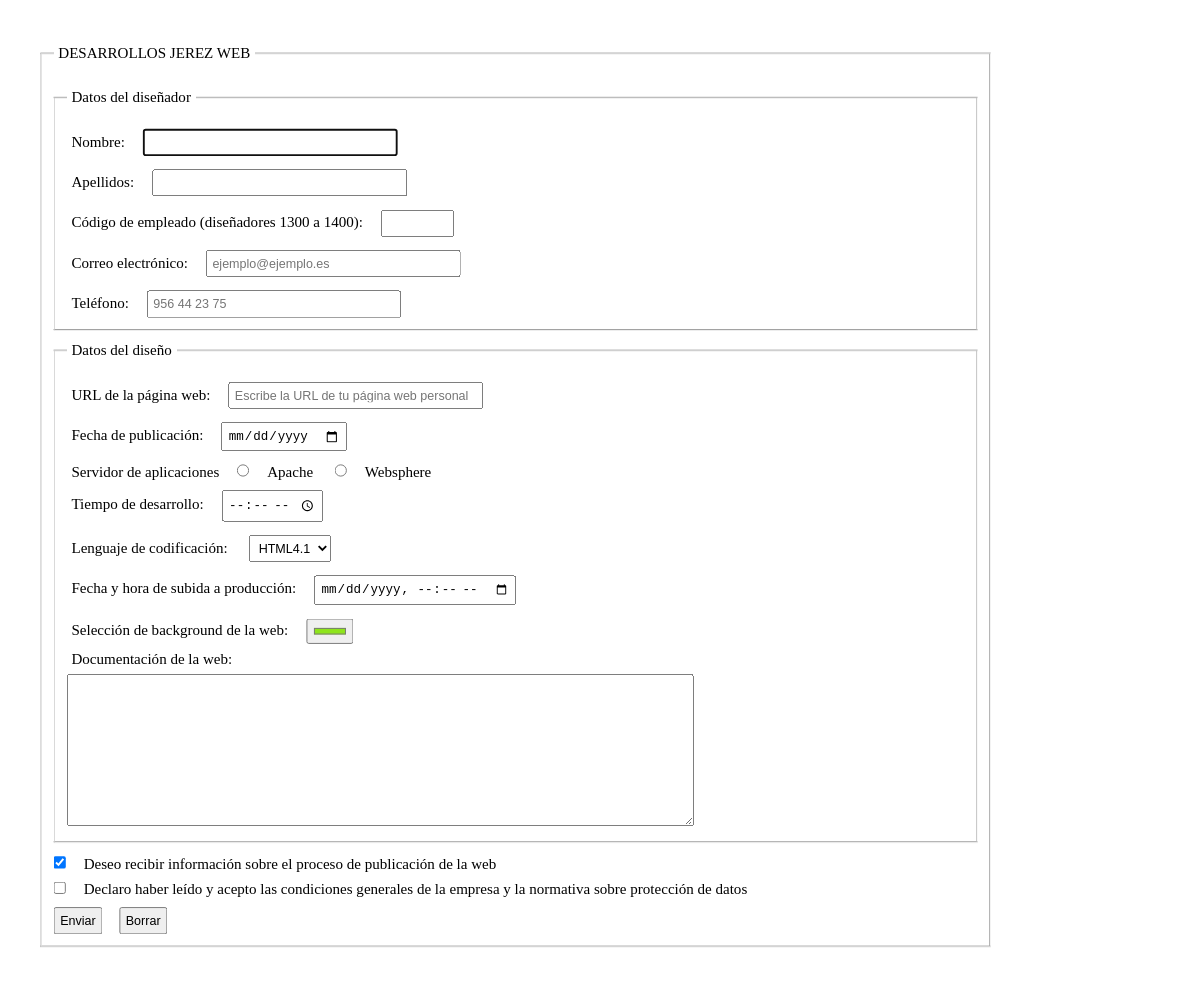
Repository: iSaan86/EV_Practica_FormularioCSS
Page: index.html
The author's editor kept a copy of each file at every save. The page is drawn from the files as they stood at one save, then again after the next save.
The browser window is 1280 px wide. The pictures show the whole page, at 94% of full size.

Above is the page before, as saved 2024-01-11 17:40:16.

After the next save:
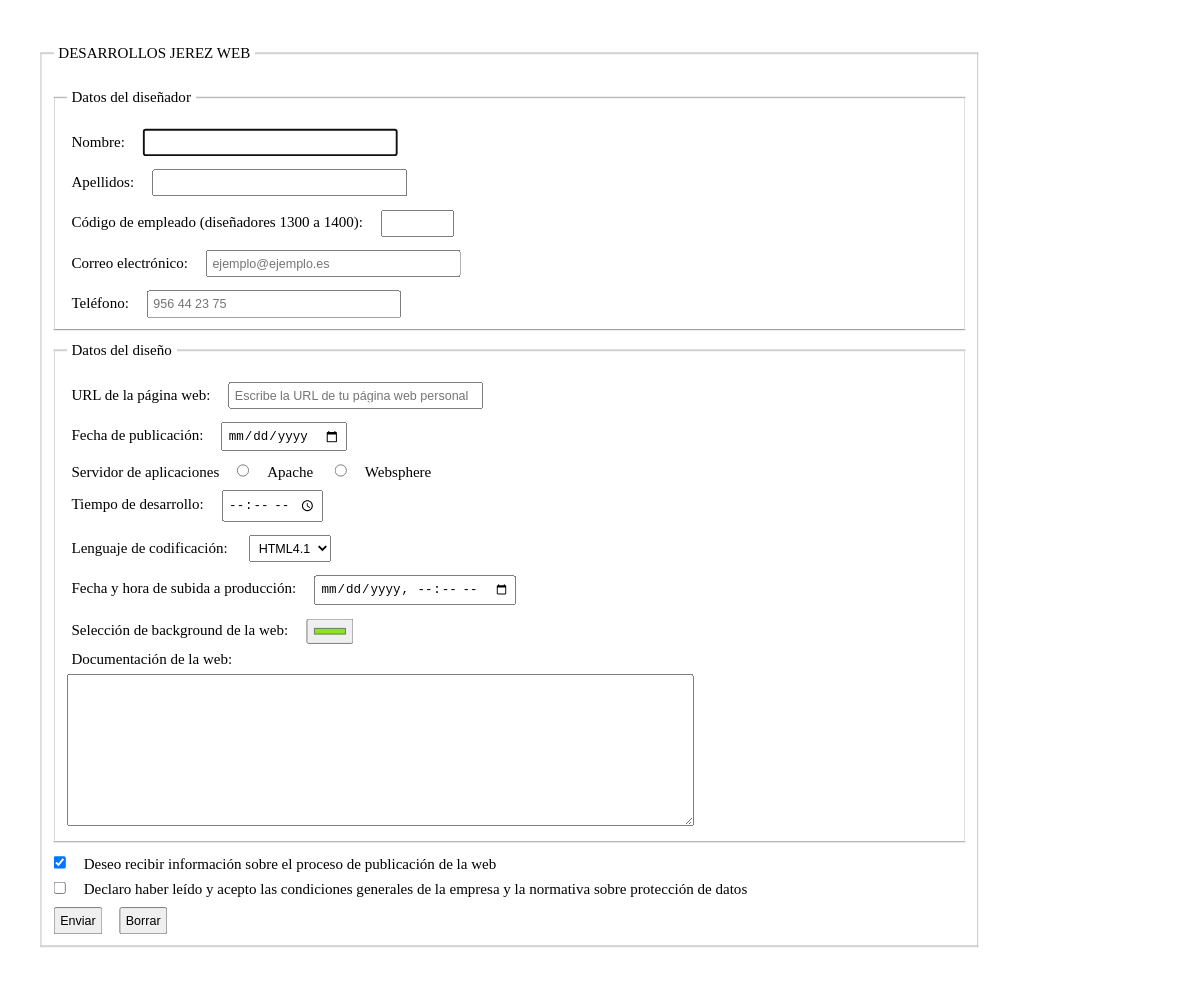
Saved 51 s later.
--- a/css/estilo.css
+++ b/css/estilo.css
@@ -6,7 +6,7 @@
     margin:7px;
 }
 body{
-    padding-right: 15%;
+    padding-right: 16%;
 }
 fieldset{
     border-color: #ebebeb;
